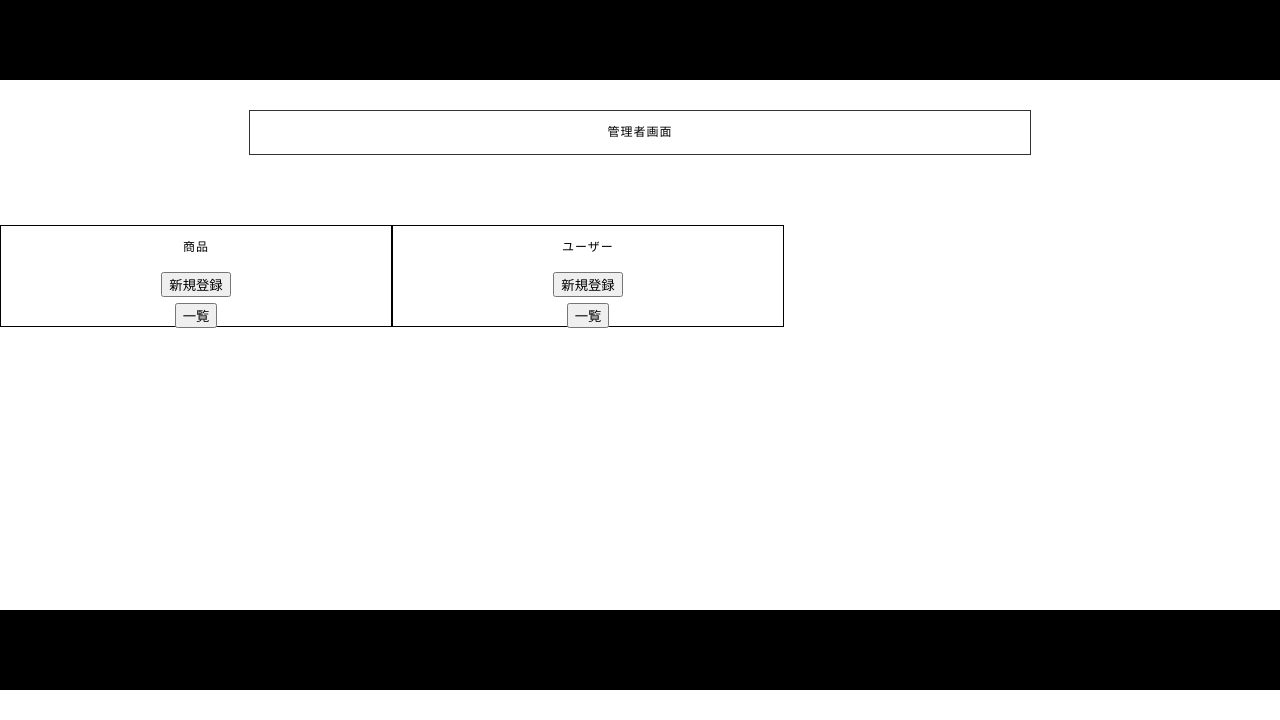
Repository: xiezom/test
Page: http://localhost/ecsite/AdminAction.action
An editor plug-in stored every save of this project. The page is shown before and after the next save, followed by the edit.
The browser window is 1280 px wide. The pictures show the whole page.
The page is served by Tomcat 9. Other server files are loaded and not shown.

Above is the page before, as saved 2019-03-12 07:39:15.

### ecsite/WebContent/admin.jsp
<%@ page language="java" contentType="text/html; charset=UTF-8"
    pageEncoding="UTF-8"%>
<%@ taglib prefix="s" uri="/struts-tags"%>
<!DOCTYPE html>
<html>
<head>

	<meta http-equiv="Content-Type" content="text/html; charset=utf8"/>
	<meta http-equiv="Content-Style-Type" content="text/css"/>
	<meta http-equiv="Content-Script-Type" content="text/javascript"/>
	<meta http-equiv="imagetoolbar" content="no">
	<meta name="description" content=""/>
	<meta name="keywords" content=""/>

	<title>管理者画面</title>

	<style type="text/css">

		body {
			margin: 0;
			padding: 0;
			line-height: 1.6;
			letter-spacing: 1px;
			font-family: Verdana,Helvetica,sans-serif;
			font-size: 12px;
			background: #fff;
		}

		table {
			text-align: center;
			margin:0 auto;
		}

		.top {
			width: 780px;
			margin: 30px auto;
			border: 1px solid #333;
		}

		.header {
			width: 100%;
			height: 80px;
			background-color: black;
		}

		.main {
			width: 100%;
			height: 500px;
			text-align: center;
		}

		.footer {
			width:100%;
			height: 80px;
			background-color: black;
			clear: both;
		}

		.text-center {
			display: inline-block;
			text-align: center;
		}

		.items {
			width: 390px;
			height: 100px;
			display: inline-block;
			border: 1px solid black;
			margin: 40px auto;
			float: left;
		}
		.users {
			width: 390px;
			height: 100px;
			display: inline-block;
			border: 1px solid black;
			margin: 40px auto;
			float: left;
		}

	</style>

</head>
<body>

	<div class="header">
		<div class="pr">
		</div>
	</div>

	<div class="main">
		<div class="top">
			<p>管理者画面</p>
		</div>
		<div class="admin-contents">
			<div class="items">
				<p>商品</p>
				<s:form action="ItemCreateAction">
					<s:submit value="新規登録"/>
				</s:form>
				<s:form action="ItemListAction">
					<s:submit value="一覧"/>
				</s:form>
			</div>
			<div class="users">
				<p>ユーザー</p>
				<s:form action="UserCreateAction">
					<s:submit value="新規登録"/>
				</s:form>
				<s:form action="UserListAction">
					<s:submit value="一覧"/>
				</s:form>
			</div>
		</div>
	</div>
	<div class="footer">
		<div class="pr">
		</div>
	</div>


</body>
</html>

After the next save:
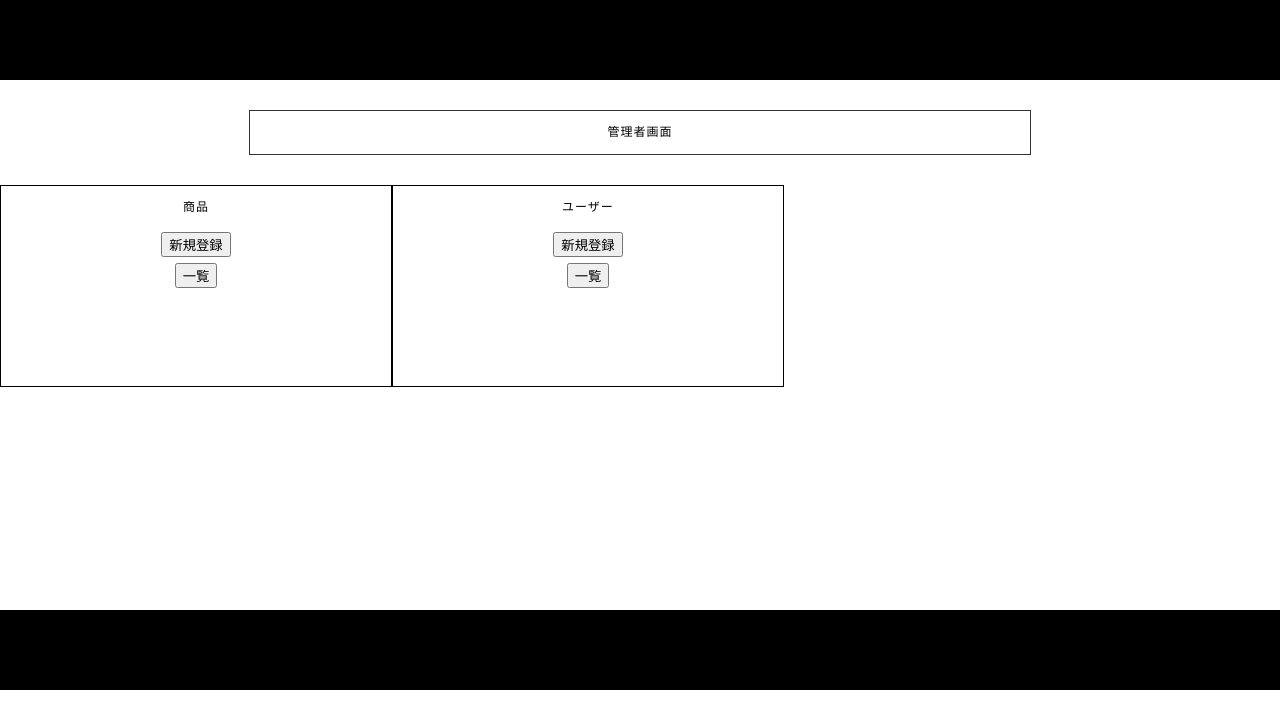
Saved 59 s later.
--- a/ecsite/WebContent/admin.jsp
+++ b/ecsite/WebContent/admin.jsp
@@ -63,18 +63,16 @@
 
 		.items {
 			width: 390px;
-			height: 100px;
+			height: 200px;
 			display: inline-block;
 			border: 1px solid black;
-			margin: 40px auto;
 			float: left;
 		}
 		.users {
 			width: 390px;
-			height: 100px;
+			height: 200px;
 			display: inline-block;
 			border: 1px solid black;
-			margin: 40px auto;
 			float: left;
 		}
 
